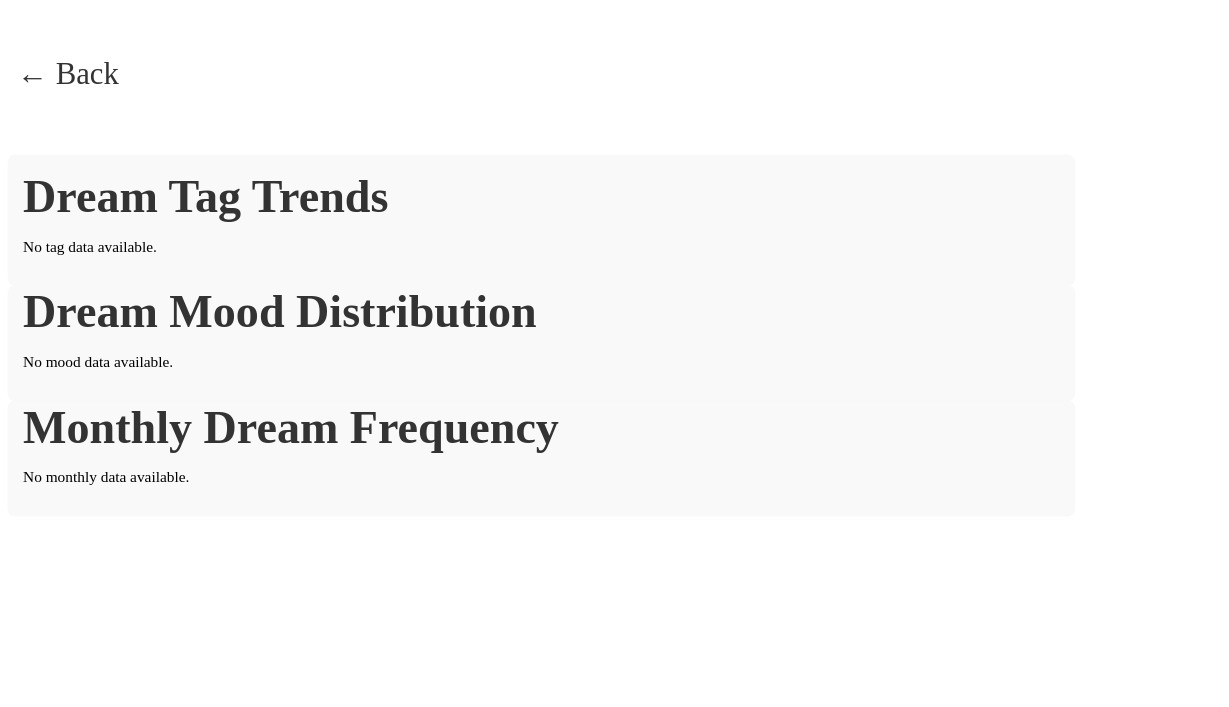
Repository: software-students-spring2025/2-web-app-blabla
Page: templates/analysis.html
The author's editor kept a copy of each file at every save. The page is drawn from the files as they stood at one save, then again after a run of saves.
The browser window is 1280 px wide. The pictures show the whole page, at 96% of full size.
Some web fonts or font styles are not loaded; a fallback is used. The template is drawn by Flask 3. The application's start-up code is not run. Other server files are loaded and not shown. The template is opened directly, without the code that normally fills it, so the values that code supplies are empty.

Above is the page before, as saved 2025-03-02 15:48:59.

### templates/analysis.html
<!DOCTYPE html>
<html>
  <head>
    <title>Analysis Page</title>
    <link rel="stylesheet" href="/static/css/style.css">
    <link
      href="https://fonts.googleapis.com/css2?family=Indie+Flower&display=swap"
      rel="stylesheet"
    />
    <style>
      .analysis-container {
        display: block;
        max-width: 900px;
        padding: 0;
      }

      .back-link {
        display: inline-block;
        margin-bottom: 1rem;
        text-decoration: none;
        font-size: 2rem;
        color: #333;
      }
      .back-link:hover {
        text-decoration: underline;
      }
      .trend-container {
        background: #f9f9f9;
        border-radius: 8px;
        padding: 1rem;
        margin: 0;
        display: block;
        width: 120%;
      }

      .trend-container + .trend-container {
        margin-top: -1px;
        border-top: none;
        padding-top: 0;
      }

      /* Larger font sizes */
      .trend-container h2 {
        margin: 0 0 1rem;
        font-size: 3rem;
        color: #333;
      }

      /* Remove default list styling, bigger font */
      .trend-container ul {
        list-style-type: none;
        padding-left: 0;
      }
      .trend-container li {
        margin-bottom: 0.5rem;
        font-size: 2rem;
      }
    </style>
  </head>
  <body>
    <div class="analysis-container">
      <!-- Back link -->
      <a class="back-link" href="/home">← Back</a>

      <!-- 1) Tag Trends -->
      <div class="trend-container">
        <h2>Dream Tag Trends</h2>
        {% if tag_trends %}
          <ul>
            {% for trend in tag_trends %}
              <li><strong>{{ trend._id }}:</strong> {{ trend.count }} dreams</li>
            {% endfor %}
          </ul>
        {% else %}
          <p>No tag data available.</p>
        {% endif %}
      </div>

      <!-- 2) Mood Distribution -->
      <div class="trend-container">
        <h2>Dream Mood Distribution</h2>
        {% if mood_trends %}
          <ul>
            {% for trend in mood_trends %}
              <li><strong>{{ trend._id }}:</strong> {{ trend.count }} dreams</li>
            {% endfor %}
          </ul>
        {% else %}
          <p>No mood data available.</p>
        {% endif %}
      </div>

      <!-- 3) Monthly Dream Frequency -->
      <div class="trend-container">
        <h2>Monthly Dream Frequency</h2>
        {% if month_trends %}
          <ul>
            {% for trend in month_trends %}
              <li>
                <strong>{{ trend._id.year }}-{{ trend._id.month }}:</strong>
                {{ trend.count }} dreams
              </li>
            {% endfor %}
          </ul>
        {% else %}
          <p>No monthly data available.</p>
        {% endif %}
      </div>
    </div>
  </body>
</html>

### static/css/style.css
@import url("https://fonts.googleapis.com/css2?family=Indie+Flower&display=swap");

body {
    font-family: 'Indie Flower', cursive;
    overflow-y:hidden
}

nav{
    display: flex;
    align-items: center;
    height: 100px;
    padding: 12px;
}

.home-container{
    padding:12px;
}

.search-icon{
    width: 60px;
    height: 60px;
}

.bubble-container {
    position: absolute;
    left: 50%;
    transform: translateX(-50%);
    display: flex;
    justify-content: center;
    align-items: stretch;
    width: 100vw;
    z-index: 2;
}

.bubble-img{
    height:860px;
    width: 1000px;
}

.bear-container{
    display:flex;
    flex-direction: column;
    justify-content: flex-end;
    height:90vh;
}

.dream-button{
    position:absolute;
    width:260px;
    height:198px;
    z-index: 2;
    font-size: 24pt;
    font-family: 'Indie Flower', cursive;
    top:80%;
    left: 50%;
    transform: translateX(-50%);
    fill:none;
    background-color: white;
    border: 12pt solid black;
    border-radius: 5pt;
}

.edit-container {
    display: flex;
    flex-direction: column;
    justify-content: space-between;
    width: 100vw;
    height: 100vh;
}

#tag-container{
    display:flex;
    justify-content: center;
    align-items: center;
    width:100vw;
    gap:50px;
    padding:12px;
    margin-top:80px;
}

.tag{
    width:156px;
    height:67px;
    font-size:24pt;
    background-color: transparent;
    border: 2pt solid black;
    border-radius: 5pt;

}

.back-link{
    font-size: 24pt;
    text-decoration: none;
    padding:50px 10px;
    color:black;
    display: block;
    text-align: left;
}

.input-container{
    display:flex;
    justify-content:center;
    margin-top: 40px;
}

#dream-description {
    width: 80%;
    max-width: 624px;
    height: 400px;
    padding: 10px;
    font-size: 18px;
    box-sizing: border-box;
    border: 2px solid black;
}

.button-container{
    display:flex;
    justify-content:center;
    gap:15px;
    margin-top:40px;
}

.edit-button{
    width: 156px;
    height:67px;
    font-size:24pt;
    background-color: transparent;
    border: 2px solid black;
    border-radius: 5px
}

.bear{
    display:flex;
    flex-direction: column;
    justify-content: flex-end;
    height:auto;
}

.analysis-container {
    display: flex;
    flex-direction: column;
    justify-content: space-between;
    width: 100vw;
    height: 100vh;
}

#dream-search{
    width:624px;
    height: 42px;
    font-size:24pt;
}

.login-container {
    display: flex;
    flex-direction: column;
    justify-content: center;
    align-items: center;
    width: 100vw;
    height: 100vh;
}

.input-container {
    display: flex;
    flex-direction: column;
    align-items: flex-start;
    margin-bottom: 15px;
}

.input-container label {
    font-size: 18px;
    margin-bottom: 5px;
}

.input-container input {
    width: 260px;
    height: 30px;
    font-size: 16px;
    border: 1px solid black;
    padding: 5px;
}

.button-container {
    margin-top: 20px;
}

.login-button {
    width: 260px;
    height: 40px;
    font-size: 18px;
    background-color: #D9D9D9;
    border: 2px solid black;
    border-radius: 5px;
    cursor: pointer;
}

.signup-text {
    font-size: 14px;
    margin-top: 15px;
}

.signup-link {
    font-size: 18px;
    font-weight: bold;
    text-decoration: none;
    color: black;
}

.login-image {
    width: 125px;
    height: 125px;
}

.signup-container {
    display: flex;
    flex-direction: column;
    justify-content: center;
    align-items: center;
    width: 100vw;
    height: 100vh;
}

.signup-button {
    width: 260px;
    height: 40px;
    font-size: 18px;
    background-color: #D9D9D9;
    border: 2px solid black;
    border-radius: 5px;
    cursor: pointer;
}

.signup-image {
    width: 125px;
    height: 125px;
}

.adddream-container {
    display: flex;
    flex-direction: column;
    justify-content: flex-start;
    align-items: center;
    width: 100vw;
    height: 100vh;
    padding: 20px;
}

.bear-header {
    margin-top: 60px;
    margin-bottom: 20px;
}
.bear-image {
    width: 150px;
    height: auto;
}

.date-container {
    margin-bottom: 20px;
    text-align: left;
    width: 80%;
    max-width: 624px;
}
.date-label {
    display: block;
    font-size: 16px;
    margin-bottom: 8px;
}
.date-inputs {
    display: flex;
    gap: 10px;
}
.date-inputs input {
    width: 90px;
    border: 1px solid black;
    padding: 5px;
    font-size: 16px;
    text-align: center;
}

.tags-container {
    margin-bottom: 20px;
    width: 80%;
    max-width: 624px;
}
.tags-container p {
    font-size: 16px;
    margin-bottom: 10px;
}
.tag {
    background-color: transparent;
    border: 2px solid black;
    border-radius: 5px;
    font-size: 18px;
    margin: 5px;
    padding: 5px 10px;
    cursor: pointer;
}

.description-container {
    width: 80%;
    max-width: 624px;
    margin-bottom: 20px;
}
.description-container label {
    display: block;
    font-size: 16px;
    margin-bottom: 8px;
}
#dream-description {
    width: 100%;
    height: 150px;
    border: 2px solid black;
    font-size: 16px;
    padding: 10px;
    box-sizing: border-box;
}

.save-dream-button {
    width: 220px;
    height: 40px;
    font-size: 18px;
    background-color: #D9D9D9;
    border: 2px solid black;
    border-radius: 5px;
    cursor: pointer;
}

.flash-message {
    font-weight: bold;
    margin: 10px 0;
  }

  .flash-message.error {
    color: red;
  }

  .flash-message.success {
    color: green;
  }
  /* Star Cloud Container */
  #star-container {
    position: absolute;
    top: 0;
    left: 0;
    width: 100%;
    height: 500px; /* 根据需要调整高度 */
    background: transparent;
    z-index: 3; /* 确保高于背景但低于其他关键元素 */
  }


  /* Star Button Style */
  .star {
    width: 50px;
    height: 50px;
    background: url("/static/images/star.svg") no-repeat center;
    background-size: contain;
    position: absolute;
    cursor: pointer;
  }

  /* Tooltip on hover for star button */
  .star:hover::after {
    content: attr(title);
    position: absolute;
    bottom: -25px;
    left: 0;
    background: rgba(255, 255, 255, 0.8);
    color: #000;
    padding: 3px 5px;
    border-radius: 3px;
    white-space: nowrap;
    z-index: 999;
  }

#search-box{
    width:300px;
    height:50px;
    font-size: 16pt;
    padding-left: 20px;
    display: none;
}

.analysis-button {
    font-family: 'Indie Flower', cursive;
    padding: 10px 20px;
    font-size: 24px;
    border: none;
    border-radius: 5px;
    cursor: pointer;
  }

.center-button-container {
    position: absolute;
    left: 50%;
    transform: translate(-50%, -50%);
}

After the next 2 saves:
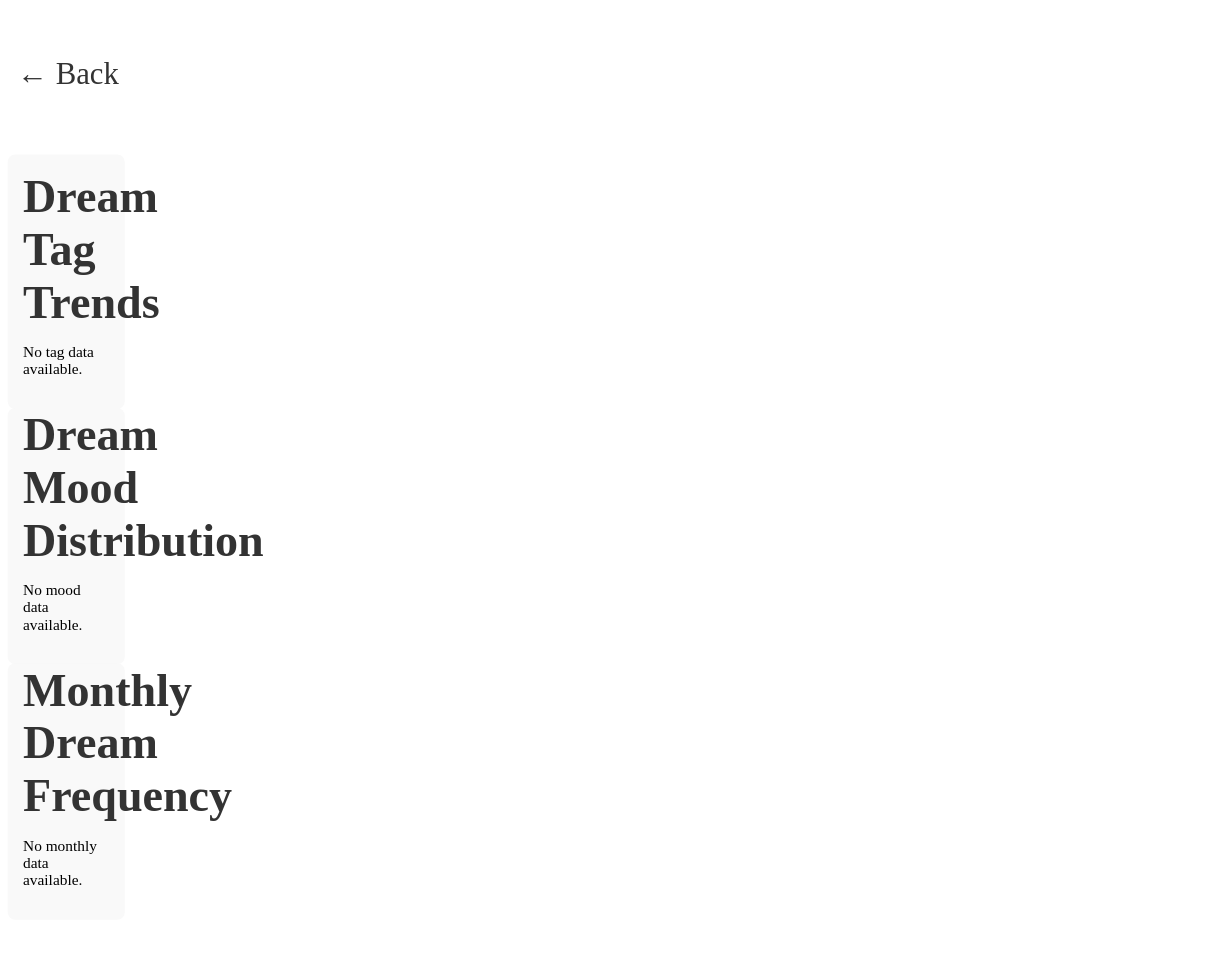
The 2 saves are shown as one change because they came seconds apart.
The last was saved 13 s later.
--- a/templates/analysis.html
+++ b/templates/analysis.html
@@ -28,9 +28,9 @@
         background: #f9f9f9;
         border-radius: 8px;
         padding: 1rem;
-        margin: 0;
+        margin: 1;
         display: block;
-        width: 120%;
+        width: 10%;
       }
 
       .trend-container + .trend-container {
